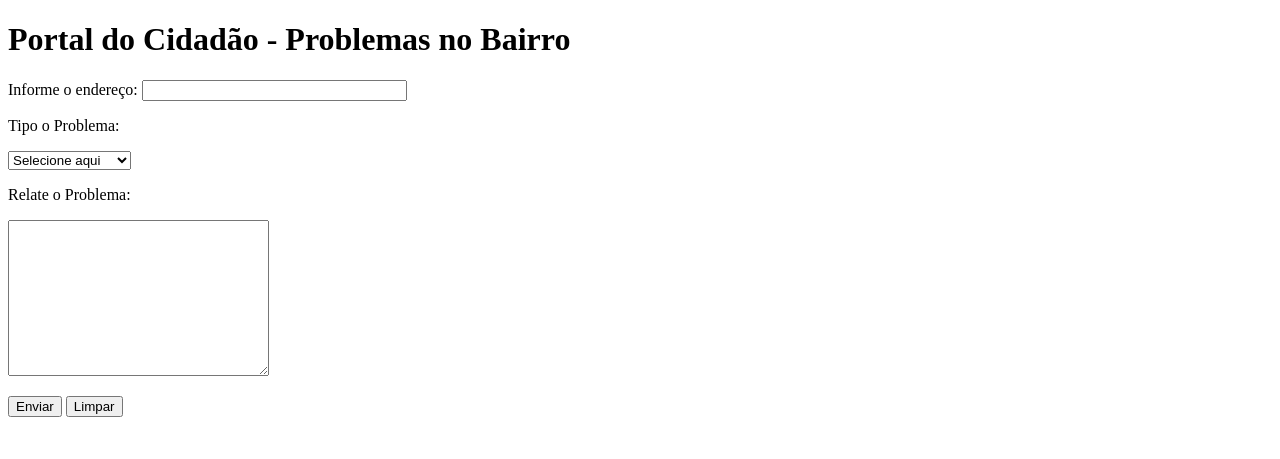
Repository: Marcelinalima/Java_JSP
Page: formulario_ex/src/main/webapp/reclamacoes.html
An editor plug-in stored every save of this project. The page is shown before and after the next save, followed by the edit.
The browser window is 1280 px wide. The pictures show the whole page.

Above is the page before, as saved 2023-04-17 14:41:42.

### formulario_ex/src/main/webapp/reclamacoes.html
<!DOCTYPE html>
<html>
<head>
<meta charset="UTF-8">
<title>Portal Cidadão</title>
</head>
<body>
    <h1>Portal do Cidadão - Problemas no Bairro</h1>

    <form action="/Formulario_ex/ReclamacoesServelet" method="post"></form>

      <p>Informe o endereço: <input type="text" name="p_nome" size="30" /></p>


		<p>Tipo o Problema:</p>
		<select name="Tipo de problema">
		<option selected="selected" disabled>Selecione aqui</option>
		<option value="hospitais"> Hospitais</option>
		<option value="centro de saude">Centro de Saúde</option>
		<option value="praias">Praias</option>
		<option value="ruas">Ruas</option>
		<option value="escolas">Escolas</option>
	    </select>

		<p>Relate o Problema:</p>
		 <textarea name="message" rows="10" cols="30">
		 </textarea>


		<p>
			<input type="submit" value="Enviar" />
			<input type="reset" value="Limpar" />
		</p>





		</select>

</body>
</html>

After the next save:
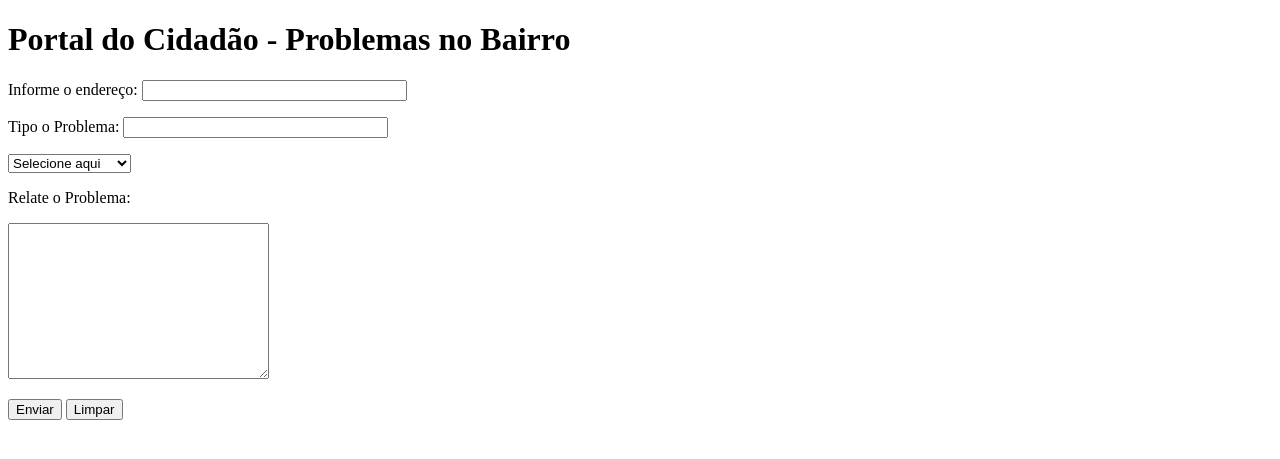
Saved 60 s later.
--- a/formulario_ex/src/main/webapp/reclamacoes.html
+++ b/formulario_ex/src/main/webapp/reclamacoes.html
@@ -12,7 +12,7 @@
       <p>Informe o endereço: <input type="text" name="p_nome" size="30" /></p>
 
 
-		<p>Tipo o Problema:</p>
+		<p>Tipo o Problema: <input type="text" name="p_nome" size="30" /></p>
 		<select name="Tipo de problema">
 		<option selected="selected" disabled>Selecione aqui</option>
 		<option value="hospitais"> Hospitais</option>
